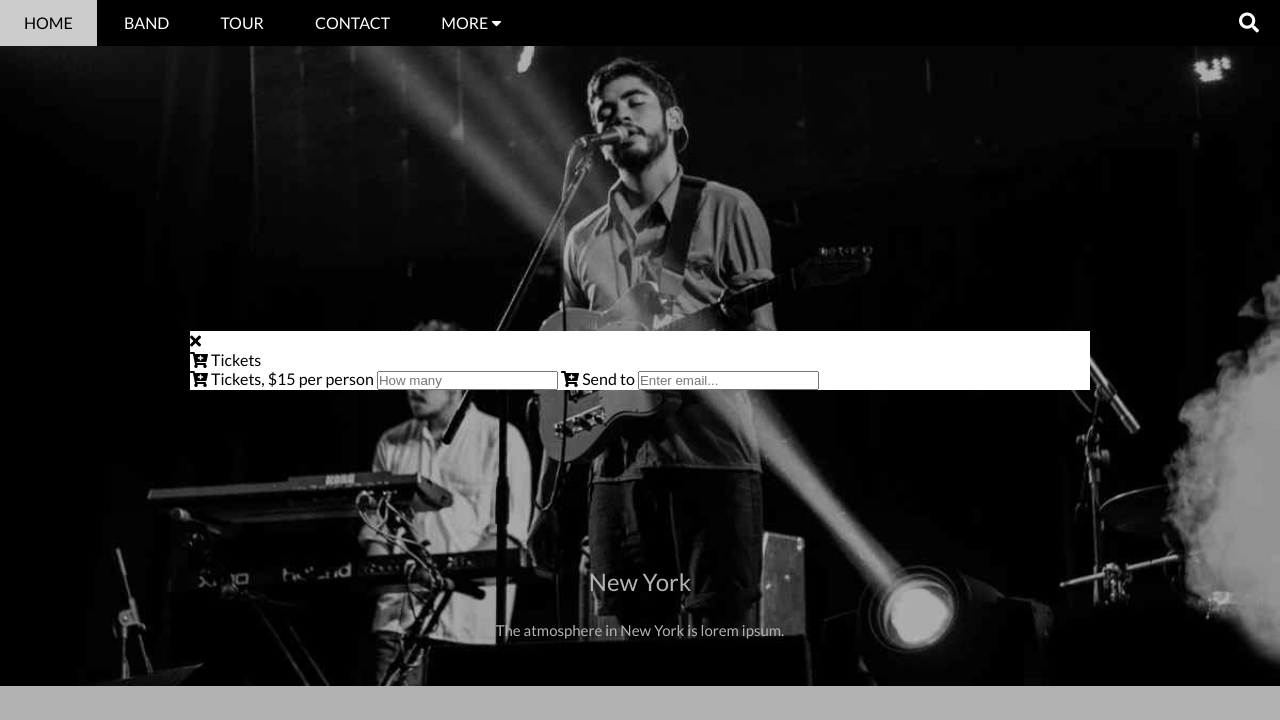
Repository: phunobi1807/theband
Page: index.html
An editor plug-in stored every save of this project. The page is shown before and after the next save, followed by the edit.
The browser window is 1280 px wide. The pictures show the window.
A layer covers the whole window, so only the first screen is drawn.

Above is the page before, as saved 2021-07-16 19:43:11.

After the next save:
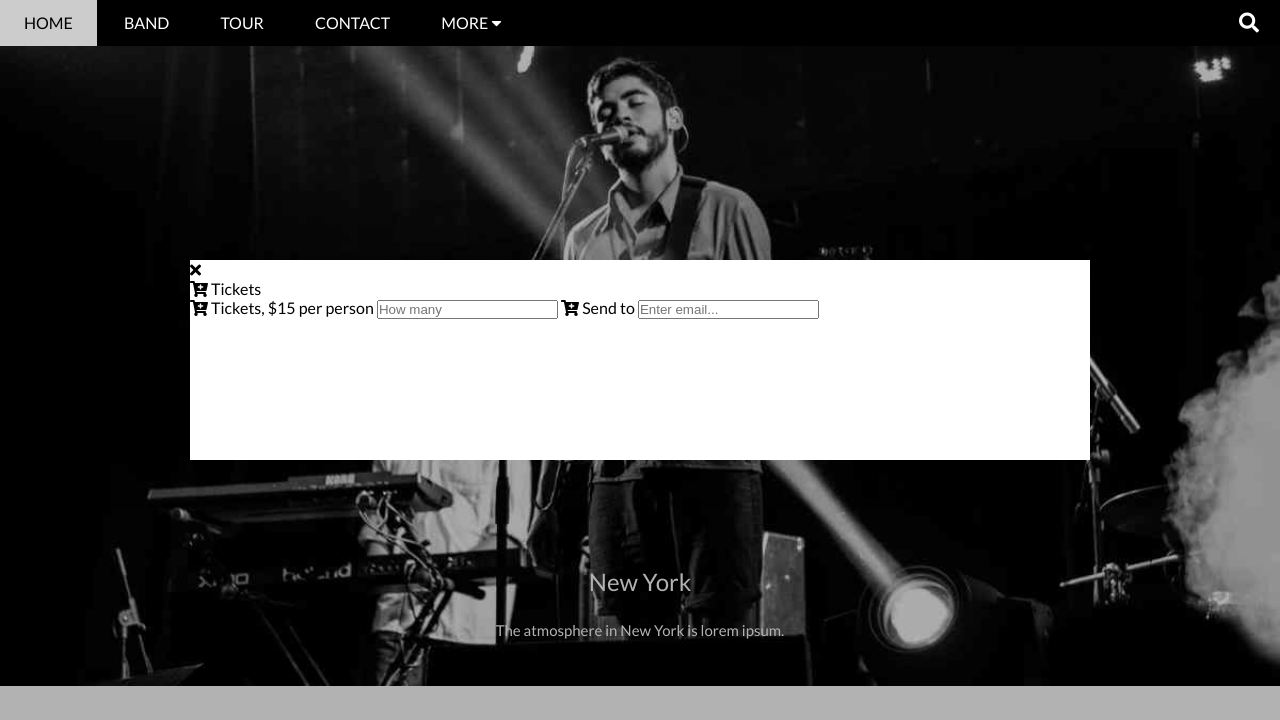
Saved 11 s later.
--- a/assets/css/style.css
+++ b/assets/css/style.css
@@ -331,4 +331,5 @@ margin-left: 16px;
 {
     background: #fff;
     width: 900px;
-}
+    min-height: 200px;
+}
